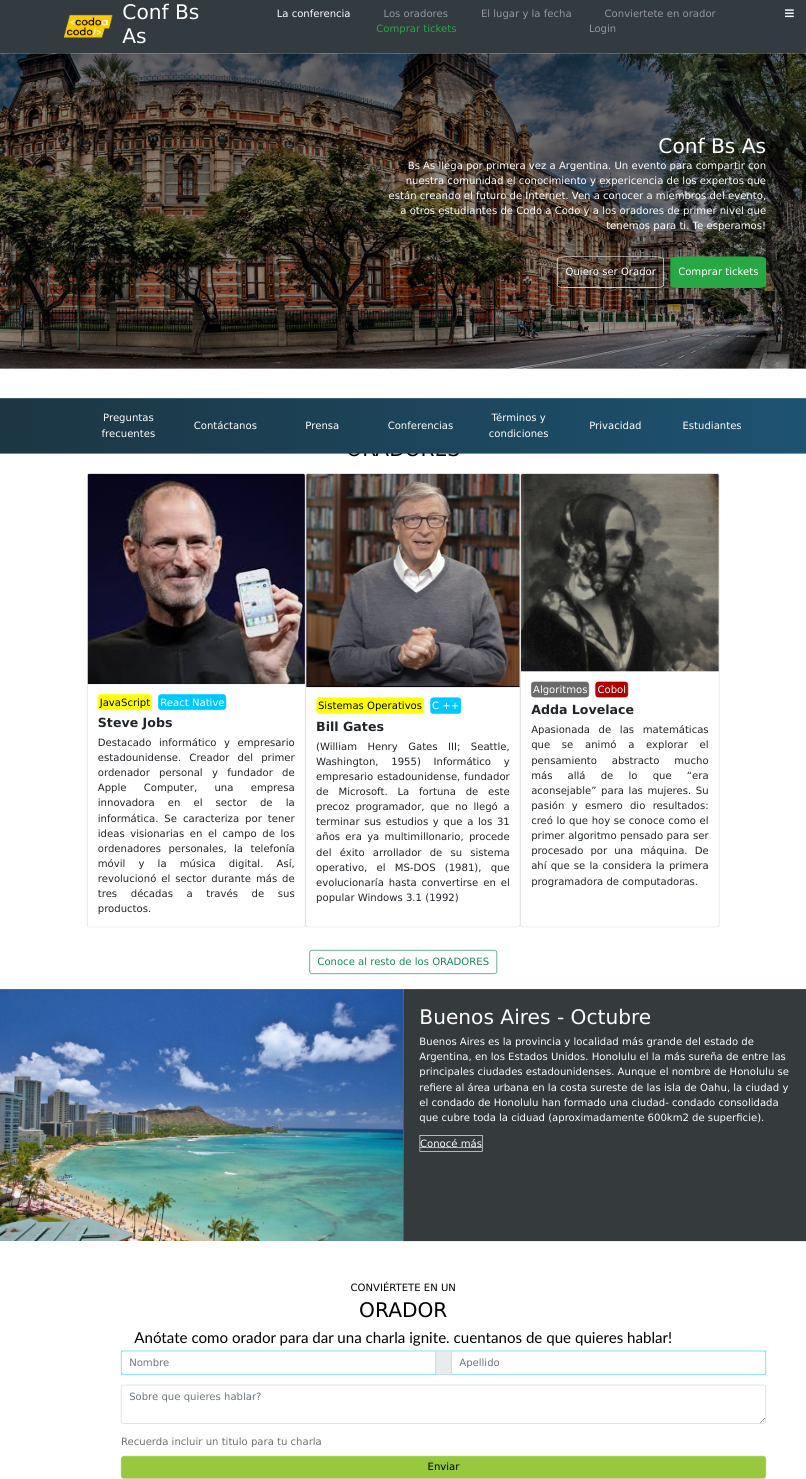
Repository: carolinaeramirez/tpntegrador_cac_23552
Page: http://localhost/integrador_cac/
An editor plug-in stored every save of this project. The page is shown before and after the next save, followed by the edit.
The browser window is 1280 px wide. The pictures show the whole page, at 63% of full size.
The page is served by Tomcat 9. Other server files are loaded and not shown.

Above is the page before, as saved 2023-12-13 13:04:01.

### integrador_cac/src/main/webapp/index.jsp
<%@ page language="java" contentType="text/html; charset=UTF-8"
    pageEncoding="UTF-8"%>

<!DOCTYPE html>
<html lang="en">
  <head>
    <meta charset="UTF-8" />
    <meta name="viewport" content="width=device-width, initial-scale=1.0" />
    <title>Proyecto integrador |GRUPO 5</title>
    <link
      rel="stylesheet"
      href="https://cdnjs.cloudflare.com/ajax/libs/font-awesome/5.15.3/css/all.min.css"
    />
    <link
      rel="shortcut icon"
      href="./assets/img/favicon.ico"
      type="image/x-icon"
    />
    <link
      href="https://cdn.jsdelivr.net/npm/bootstrap@5.0.2/dist/css/bootstrap.min.css"
      rel="stylesheet"
      integrity="sha384-EVSTQN3/azprG1Anm3QDgpJLIm9Nao0Yz1ztcQTwFspd3yD65VohhpuuCOmLASjC"
      crossorigin="anonymous"
    />
    <link rel="stylesheet" href="./css/estilos.css" />
  </head>
  <body>

    <jsp:include page="header.jsp"/>

    <!-- LA CONFERENCIA -->
    <section id="conferencia" class="section_conferencia">
      <h1>Conf Bs As</h1>
      <p>
        Bs As llega por primera vez a Argentina. Un evento para compartir con
        nuestra comunidad el conocimiento y expericencia de los expertos que
        están creando el futuro de Internet. Ven a conocer a miembros del
        evento, a otros estudiantes de Codo a Codo y a los oradores de primer
        nivel que tenemos para ti. Te esperamos!
      </p>
      <div class="section_conferencia_button">
        <a class="quiero_ser_orador" href="#formularioOrador"
          >Quiero ser Orador</a
        >
        <a class="comprar_tickets" href="tickets.jsp"
          >Comprar tickets</a
        >
      </div>
    </section>
    <!-- LOS ORADORES -->
    <main>
      <section id="oradores" class="oradores">
        <div class="titulo-subtitulo">
          <h2 class="subtitulo">CONOCE A LOS</h2>
          <h1 class="titulo">ORADORES</h1>
        </div>
        <div class="contenedor-tarjetas">
          <div class="card">
            <img
              src="./assets/img/steve.jpg"
              class="card-img-top"
              alt="imagen de Steve Jobs mostrando un celular"
            />
            <div class="card-body">
              <div class="temas">
                <h6 class="colorAmarillo">JavaScript</h6>
                <h6 class="colorCeleste">React Native</h6>
              </div>
              <h5 class="card-title">Steve Jobs</h5>
              <p class="card-text">
                Destacado informático y empresario estadounidense. Creador del
                primer ordenador personal y fundador de Apple Computer, una
                empresa innovadora en el sector de la informática. Se
                caracteriza por tener ideas visionarias en el campo de los
                ordenadores personales, la telefonía móvil y la música digital.
                Así, revolucionó el sector durante más de tres décadas a través
                de sus productos.
              </p>
              <!-- <a href="#" class="btn btn-primary">Go somewhere</a> -->
            </div>
          </div>

          <div class="card">
            <img
              src="./assets/img/bill.jpg"
              class="card-img-top"
              alt="Imagen de Bill Gates tomandose las manos"
            />
            <div class="card-body">
              <div class="temas">
                <h6 class="colorAmarillo">Sistemas Operativos</h6>
                <h6 class="colorCeleste">C ++</h6>
              </div>
              <h5 class="card-title">Bill Gates</h5>
              <p class="card-text">
                (William Henry Gates III; Seattle, Washington, 1955) Informático
                y empresario estadounidense, fundador de Microsoft. La fortuna
                de este precoz programador, que no llegó a terminar sus estudios
                y que a los 31 años era ya multimillonario, procede del éxito
                arrollador de su sistema operativo, el MS-DOS (1981), que
                evolucionaría hasta convertirse en el popular Windows 3.1 (1992)
              </p>
              <!-- <a href="#" class="btn btn-primary">Go somewhere</a> -->
            </div>
          </div>

          <div class="card">
            <img
              src="./assets/img/ada.jpeg"
              class="card-img-top"
              alt="Retrato en blanco y negro de Adda Lovelace"
            />
            <div class="card-body">
              <div class="temas">
                <h6 class="colorGris">Algoritmos</h6>
                <h6 class="colorRojo">Cobol</h6>
              </div>
              <h5 class="card-title">Adda Lovelace</h5>
              <p class="card-text">
                Apasionada de las matemáticas que se animó a explorar el
                pensamiento abstracto mucho más allá de lo que “era aconsejable”
                para las mujeres. Su pasión y esmero dio resultados: creó lo que
                hoy se conoce como el primer algoritmo pensado para ser
                procesado por una máquina. De ahí que se la considera la primera
                programadora de computadoras.
              </p>
              <!-- <a href="#" class="btn btn-primary">Go somewhere</a> -->
            </div>
          </div>
        </div>
          </section>
		    <section class="container mb-4 text-center" id="restoOradores">
		       <a class="btn btn-outline-success" href="<%=request.getContextPath()%>/FindAllOradorController">Conoce al resto de los ORADORES</a>

		    </section>



      </section>
      <!-- LUGAR Y FECHA -->
      <section id="lugarFecha" class="lugar_fecha">
        <div class="lugar_fecha_imagen">
          <img src="./assets/img/honolulu.jpg" alt="Honolulu" loading="lazy" />
        </div>
        <div class="lugar_fecha_texto">
          <h2>Buenos Aires - Octubre</h2>
          <p>
            Buenos Aires es la provincia y localidad más grande del estado de
            Argentina, en los Estados Unidos. Honolulu el la más sureña de entre
            las principales ciudades estadounidenses. Aunque el nombre de
            Honolulu se refiere al área urbana en la costa sureste de las isla
            de Oahu, la ciudad y el condado de Honolulu han formado una ciudad-
            condado consolidada que cubre toda la ciduad (aproximadamente 600km2
            de superficie).
          </p>
          <a class="lugar_fecha_conoce_mas" href="./pages/404.html"
            >Conocé más</a
          >
        </div>
      </section>

      <div id="formularioOrador">
        <div class="titulo-subtitulo">
          <h2 class="subtitulo">CONVIÉRTETE EN UN</h2>
          <h1 class="titulo">ORADOR</h1>
          <h3 class="info">
            Anótate como orador para dar una charla ignite. cuentanos de que
            quieres hablar!
          </h3>
        </div>
        <div class="formulario-row">
          <div class="input-group mb-3">
            <input type="text" class="form-control" placeholder="Nombre" />
            <span class="input-group-text"> </span>
            <input type="text" class="form-control" placeholder="Apellido" />
          </div>
        </div>
        <div class="input-textarea">
          <div class="input-group mb-3">
            <textarea
              class="form-control"
              placeholder="Sobre que quieres hablar?"
            ></textarea>
          </div>
          <label for="textarea" class="label-textarea"
            >Recuerda incluir un titulo para tu charla</label
          >
          <input type="button" value="Enviar" class="btn-enviar" />
        </div>
      </div>
    </main>

     <jsp:include page="footer.jsp"/>
  </body>
  <script src="./js/menu.js"></script>
  <script
    src="https://cdn.jsdelivr.net/npm/bootstrap@5.0.2/dist/js/bootstrap.bundle.min.js"
    integrity="sha384-MrcW6ZMFYlzcLA8Nl+NtUVF0sA7MsXsP1UyJoMp4YLEuNSfAP+JcXn/tWtIaxVXM"
    crossorigin="anonymous"
  ></script>
</html>

### integrador_cac/src/main/webapp/header.jsp
 <header>
      <div class="encabezado">
        <div class="encabezado__logo">
          <a
            href="https://buenosaires.gob.ar/educacion/codo-codo-40"
            target="_blank"
          >
            <img
              class="encabezado__logo__img"
              src="assets/img/codoacodo.png"
              alt="logo de codo a codo 4.0"
              loading="lazy"
            />
          </a>
        </div>
        <div class="encabezado__titulo">
          <h2>Conf Bs As</h2>
        </div>
        <nav class="encabezado__nav">
          <ul>
            <li>
              <a class="encabezado_conferencia" href="index.jsp#conferencia"
                >La conferencia</a
              >
            </li>
            <li>
              <a class="encabezado_links" href="index.jsp#oradores">Los oradores</a>
            </li>
            <li>
              <a class="encabezado_links" href="index.jsp#lugarFecha"
                >El lugar y la fecha</a
              >
            </li>
            <li>
              <a class="encabezado_links" href="index.jsp#formularioOrador"
                >Conviertete en orador</a
              >
            </li>
            <li>
              <a class="encabezado_comprar_tickets" href="tickets.jsp"
                >Comprar tickets</a
              >
            </li>
            <li>
              <a class="encabezado_links" href="login.jsp"
                >Login</a
              >
            </li>
          </ul>
        </nav>
        <div class="encabezado__hamburguesa">
          <i class="fas fa-bars" id="hamburguesa"></i>
        </div>
      </div>
    </header>

### integrador_cac/src/main/webapp/footer.jsp
<footer class="footer_contenedor">
      <a class="anclas_footer" href="">Preguntas frecuentes</a>
      <a class="anclas_footer" href="">Contáctanos</a>
      <a class="anclas_footer" href="">Prensa</a>
      <a class="anclas_footer" href="">Conferencias</a>
      <a class="anclas_footer" href="">Términos y condiciones</a>
      <a class="anclas_footer" href="">Privacidad</a>
      <a class="anclas_footer" href="">Estudiantes</a>
    </footer>

Loaded but not shown: integrador_cac/src/main/webapp/js/menu.js (8 lines, source omitted); integrador_cac/src/main/webapp/css/estilos.css (676 lines, source omitted)

After the next save:
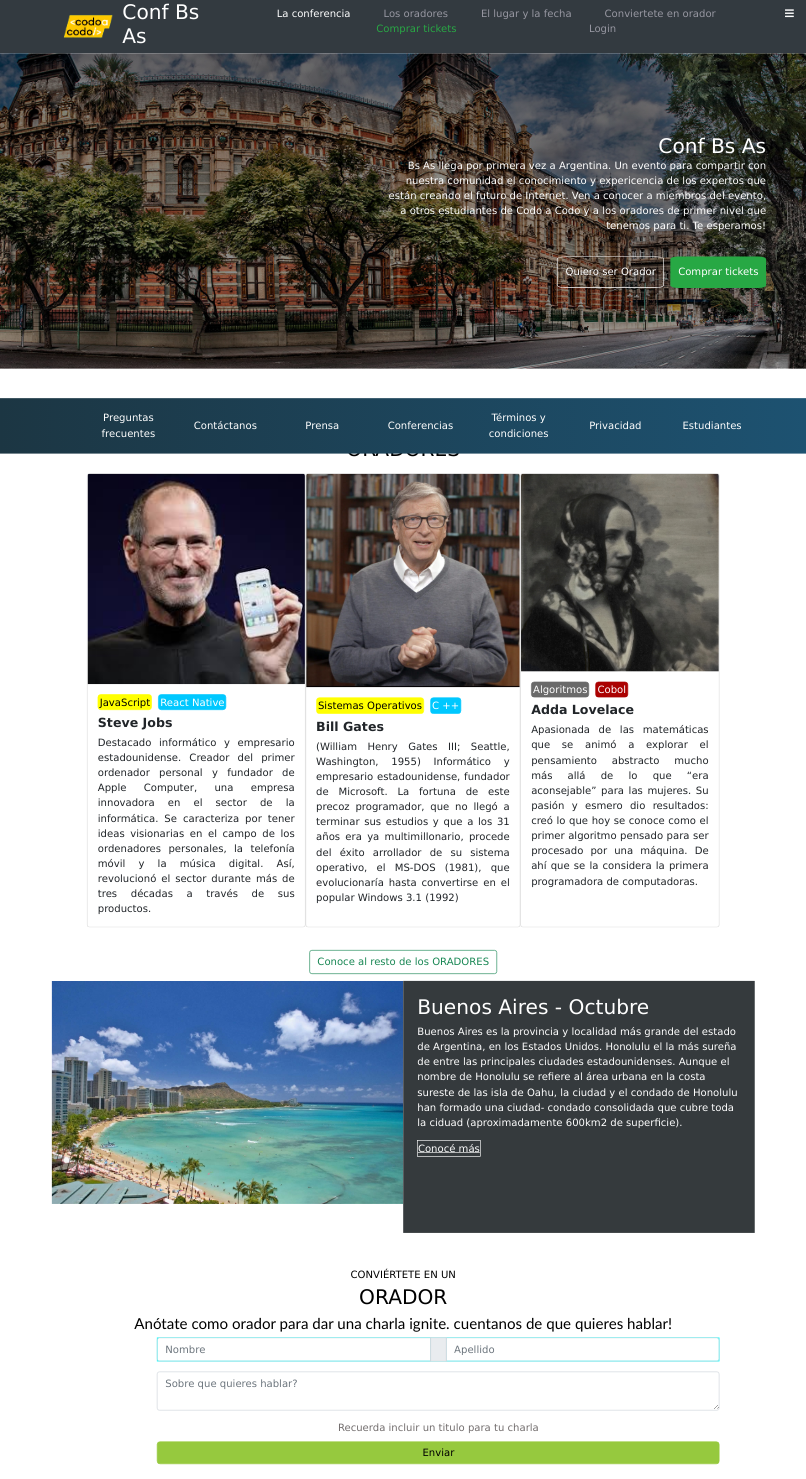
Saved 2 days later.
--- a/integrador_cac/src/main/webapp/index.jsp
+++ b/integrador_cac/src/main/webapp/index.jsp
@@ -132,11 +132,7 @@
 		    <section class="container mb-4 text-center" id="restoOradores">
 		       <a class="btn btn-outline-success" href="<%=request.getContextPath()%>/FindAllOradorController">Conoce al resto de los ORADORES</a>
 
-		    </section>
 
-
-
-      </section>
       <!-- LUGAR Y FECHA -->
       <section id="lugarFecha" class="lugar_fecha">
         <div class="lugar_fecha_imagen">

After the save that followed:
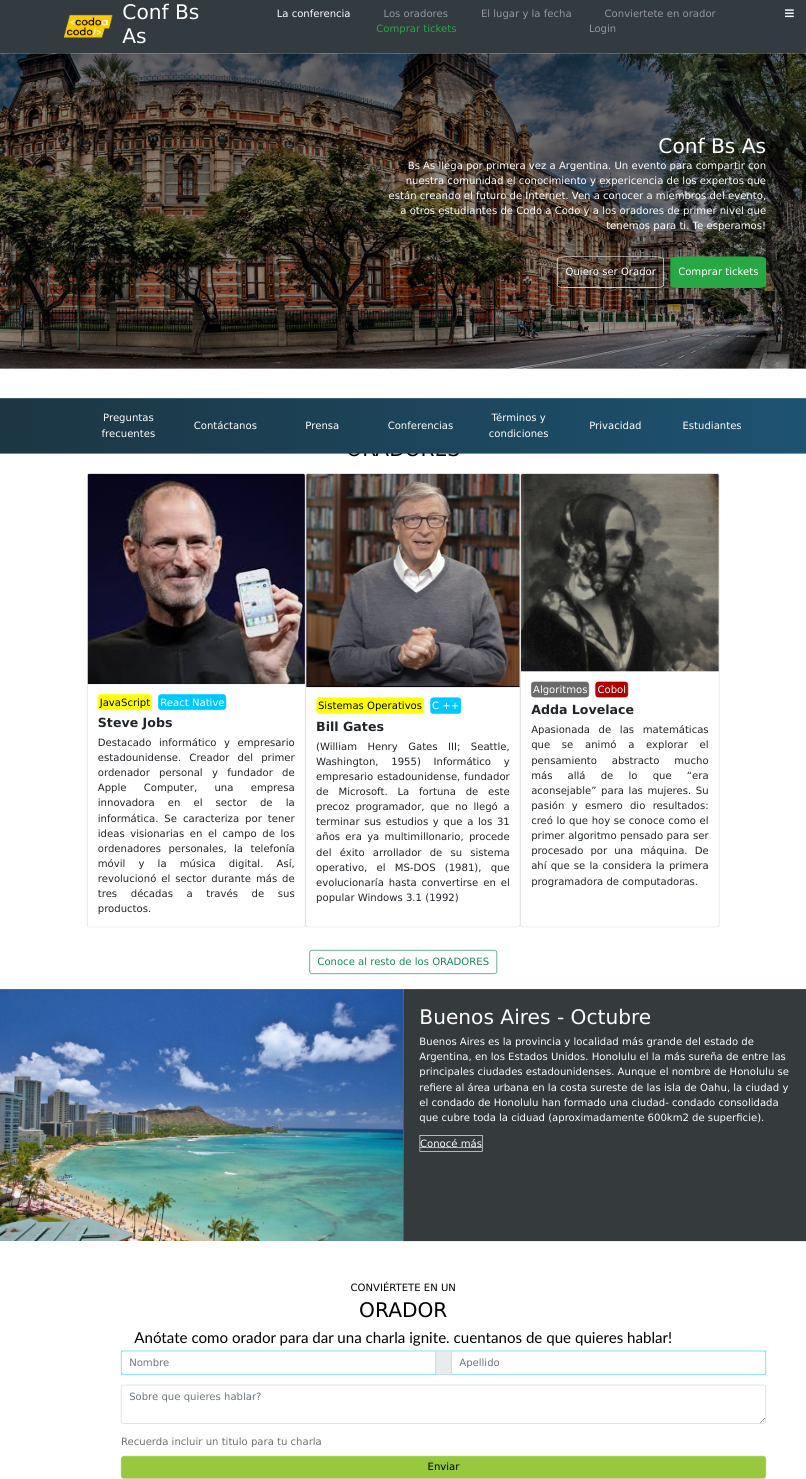
Saved 87 s later.
--- a/integrador_cac/src/main/webapp/index.jsp
+++ b/integrador_cac/src/main/webapp/index.jsp
@@ -131,12 +131,13 @@
           </section>
 		    <section class="container mb-4 text-center" id="restoOradores">
 		       <a class="btn btn-outline-success" href="<%=request.getContextPath()%>/FindAllOradorController">Conoce al resto de los ORADORES</a>
+		    </section>
 
 
-      <!-- LUGAR Y FECHA -->
+
       <section id="lugarFecha" class="lugar_fecha">
         <div class="lugar_fecha_imagen">
-          <img src="./assets/img/honolulu.jpg" alt="Honolulu" loading="lazy" />
+          <img src="./assets/img/honolulu.jpg" alt="Honolulu" loading="lazy"/>
         </div>
         <div class="lugar_fecha_texto">
           <h2>Buenos Aires - Octubre</h2>
